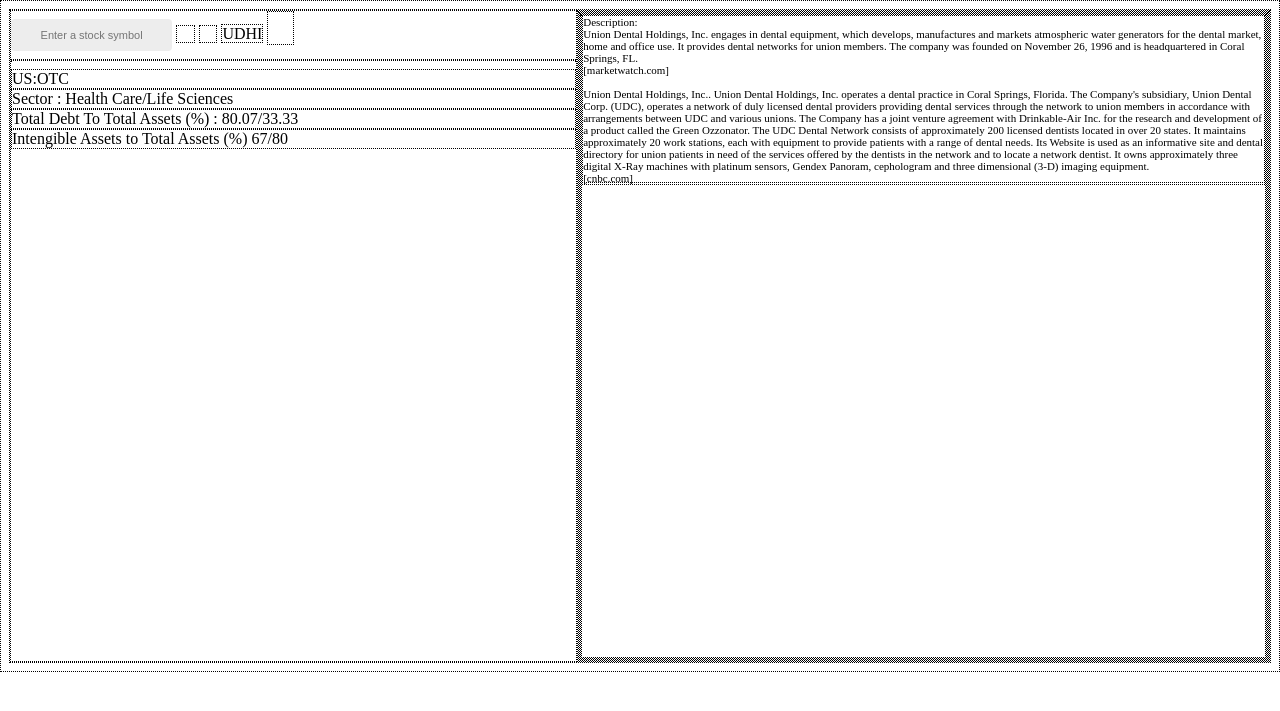
Repository: hadi4172/halal-stock-scanner
Page: popup.html
An editor plug-in stored every save of this project. The page is shown before and after the next save, followed by the edit.
The browser window is 1280 px wide. The pictures show the whole page.

Above is the page before, as saved 2020-09-24 18:24:20.

### popup.html
<!DOCTYPE html>
<html>

<head>
    <title>Halal Stock Scanner</title>
    <meta charset="UTF-8">
    <link rel="stylesheet" href="SimpleBar/simplebar.css" />
    <link rel="stylesheet" href="font-awesome/font-awesome.min.css">
    <link rel="stylesheet" type="text/css" href="popup.css">
    <script src="popup.js"></script>
    <script src="SimpleBar/simplebar.min.js"></script>
</head>

<body>
    <div id=left>
        <input id=input type=text maxlength=5 placeholder="Enter a stock symbol" />
        <i id=search-btn class="fa fa-search fa-lg"></i>
        <i id=settings-btn class="fa fa-cog fa-lg"></i>
        <span id=symbol>UDHI</span>
        <i id=icon-is-correct-or-no class="fa fa-times fa-2x"></i>
        <hr>
        <div id=market>US:OTC</div>
        <div id=sector>Sector : Health Care/Life Sciences</div>
        <div id=debt-to-assets>Total Debt To Total Assets (%) : 80.07/33.33</div>
        <div id=intengible-assets-to-total-assets>Intengible Assets to Total Assets (%) 67/80 </div>
    </div>

    <div id=right>
        <div id=description data-simplebar>
            Description: <br />
            Union Dental Holdings, Inc. engages in dental equipment, which develops, manufactures and markets atmospheric water generators for the dental market, home and office use. It provides dental networks for union members. The company was founded on November 26, 1996 and is headquartered in Coral Springs, FL.<br />
            [marketwatch.com]<br /><br />
            Union Dental Holdings, Inc.. Union Dental Holdings, Inc. operates a dental practice in Coral Springs, Florida. The Company's subsidiary, Union Dental Corp. (UDC), operates a network of duly licensed dental providers providing dental services through the network to union members in accordance with arrangements between UDC and various unions. The Company has a joint venture agreement with Drinkable-Air Inc. for the research and development of a product called the Green Ozzonator. The UDC Dental Network consists of approximately 200 licensed dentists located in over 20 states. It maintains approximately 20 work stations, each with equipment to provide patients with a range of dental needs. Its Website is used as an informative site and dental directory for union patients in need of the services offered by the dentists in the network and to locate a network dentist. It owns approximately three digital X-Ray machines with platinum sensors, Gendex Panoram, cephologram and three dimensional (3-D) imaging equipment.<br />
            [cnbc.com]
        </div>
    </div>
</body>

</html>

### SimpleBar/simplebar.css
[data-simplebar] {
  position: relative;
  flex-direction: column;
  flex-wrap: wrap;
  justify-content: flex-start;
  align-content: flex-start;
  align-items: flex-start;
}

.simplebar-wrapper {
  overflow: hidden;
  width: inherit;
  height: inherit;
  max-width: inherit;
  max-height: inherit;
}

.simplebar-mask {
  direction: inherit;
  position: absolute;
  overflow: hidden;
  padding: 0;
  margin: 0;
  left: 0;
  top: 0;
  bottom: 0;
  right: 0;
  width: auto !important;
  height: auto !important;
  z-index: 0;
}

.simplebar-offset {
  direction: inherit !important;
  box-sizing: inherit !important;
  resize: none !important;
  position: absolute;
  top: 0;
  left: 0;
  bottom: 0;
  right: 0;
  padding: 0;
  margin: 0;
  -webkit-overflow-scrolling: touch;
}

.simplebar-content-wrapper {
  direction: inherit;
  box-sizing: border-box !important;
  position: relative;
  display: block;
  height: 100%; /* Required for horizontal native scrollbar to not appear if parent is taller than natural height */
  width: auto;
  visibility: visible;
  max-width: 100%; /* Not required for horizontal scroll to trigger */
  max-height: 100%; /* Needed for vertical scroll to trigger */
  scrollbar-width: none;
  -ms-overflow-style: none;
}

.simplebar-content-wrapper::-webkit-scrollbar,
.simplebar-hide-scrollbar::-webkit-scrollbar {
  width: 0;
  height: 0;
}

.simplebar-content:before,
.simplebar-content:after {
  content: ' ';
  display: table;
}

.simplebar-placeholder {
  max-height: 100%;
  max-width: 100%;
  width: 100%;
  pointer-events: none;
}

.simplebar-height-auto-observer-wrapper {
  box-sizing: inherit !important;
  height: 100%;
  width: 100%;
  max-width: 1px;
  position: relative;
  float: left;
  max-height: 1px;
  overflow: hidden;
  z-index: -1;
  padding: 0;
  margin: 0;
  pointer-events: none;
  flex-grow: inherit;
  flex-shrink: 0;
  flex-basis: 0;
}

.simplebar-height-auto-observer {
  box-sizing: inherit;
  display: block;
  opacity: 0;
  position: absolute;
  top: 0;
  left: 0;
  height: 1000%;
  width: 1000%;
  min-height: 1px;
  min-width: 1px;
  overflow: hidden;
  pointer-events: none;
  z-index: -1;
}

.simplebar-track {
  z-index: 1;
  position: absolute;
  right: 0;
  bottom: 0;
  pointer-events: none;
  overflow: hidden;
}

[data-simplebar].simplebar-dragging .simplebar-content {
  pointer-events: none;
  user-select: none;
  -webkit-user-select: none;
}

[data-simplebar].simplebar-dragging .simplebar-track {
  pointer-events: all;
}

.simplebar-scrollbar {
  position: absolute;
  left: 0;
  right: 0;
  min-height: 10px;
}

.simplebar-scrollbar:before {
  position: absolute;
  content: '';
  background: black;
  border-radius: 7px;
  left: 2px;
  right: 2px;
  opacity: 0;
  transition: opacity 0.2s linear;
}

.simplebar-scrollbar.simplebar-visible:before {
  /* When hovered, remove all transitions from drag handle */
  opacity: 0.5;
  transition: opacity 0s linear;
}

.simplebar-track.simplebar-vertical {
  top: 0;
  width: 11px;
}

.simplebar-track.simplebar-vertical .simplebar-scrollbar:before {
  top: 2px;
  bottom: 2px;
}

.simplebar-track.simplebar-horizontal {
  left: 0;
  height: 11px;
}

.simplebar-track.simplebar-horizontal .simplebar-scrollbar:before {
  height: 100%;
  left: 2px;
  right: 2px;
}

.simplebar-track.simplebar-horizontal .simplebar-scrollbar {
  right: auto;
  left: 0;
  top: 2px;
  height: 7px;
  min-height: 0;
  min-width: 10px;
  width: auto;
}

/* Rtl support */
[data-simplebar-direction='rtl'] .simplebar-track.simplebar-vertical {
  right: auto;
  left: 0;
}

.hs-dummy-scrollbar-size {
  direction: rtl;
  position: fixed;
  opacity: 0;
  visibility: hidden;
  height: 500px;
  width: 500px;
  overflow-y: hidden;
  overflow-x: scroll;
}

.simplebar-hide-scrollbar {
  position: fixed;
  left: 0;
  visibility: hidden;
  overflow-y: scroll;
  scrollbar-width: none;
  -ms-overflow-style: none;
}

### popup.css
* {
    border: 1px black dotted;
}

body{
    display:flex;
}

#right{
    width:55%
}

#left{
    width:45%
}

#description{
    height: 90vh;
}

#input{
    max-width: 60%;
    font-size: 11px;
    border: none;
    background: hsl(0 0% 93%);
    border-radius: .25rem;
    padding: .6rem;
}

::placeholder {
    text-align: center;
}

#description{
    font-size: 11px;
}

Loaded but not shown: font-awesome/font-awesome.min.css (library); SimpleBar/simplebar.min.js (library); popup.js (no copy from this time; the picture is the same without it)

After the next save:
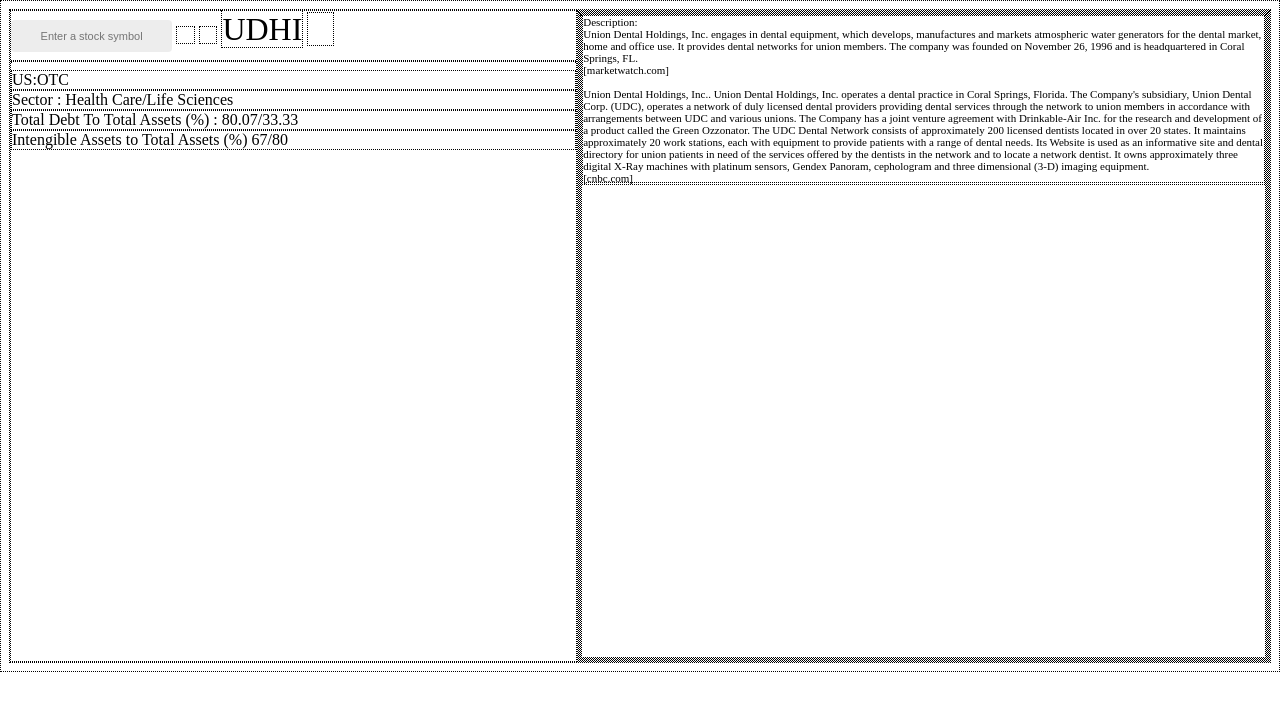
Saved 2 min 25 s later.
--- a/popup.css
+++ b/popup.css
@@ -34,3 +34,7 @@
 #description{
     font-size: 11px;
 }
+
+#symbol{
+    font-size: 2em;
+}
